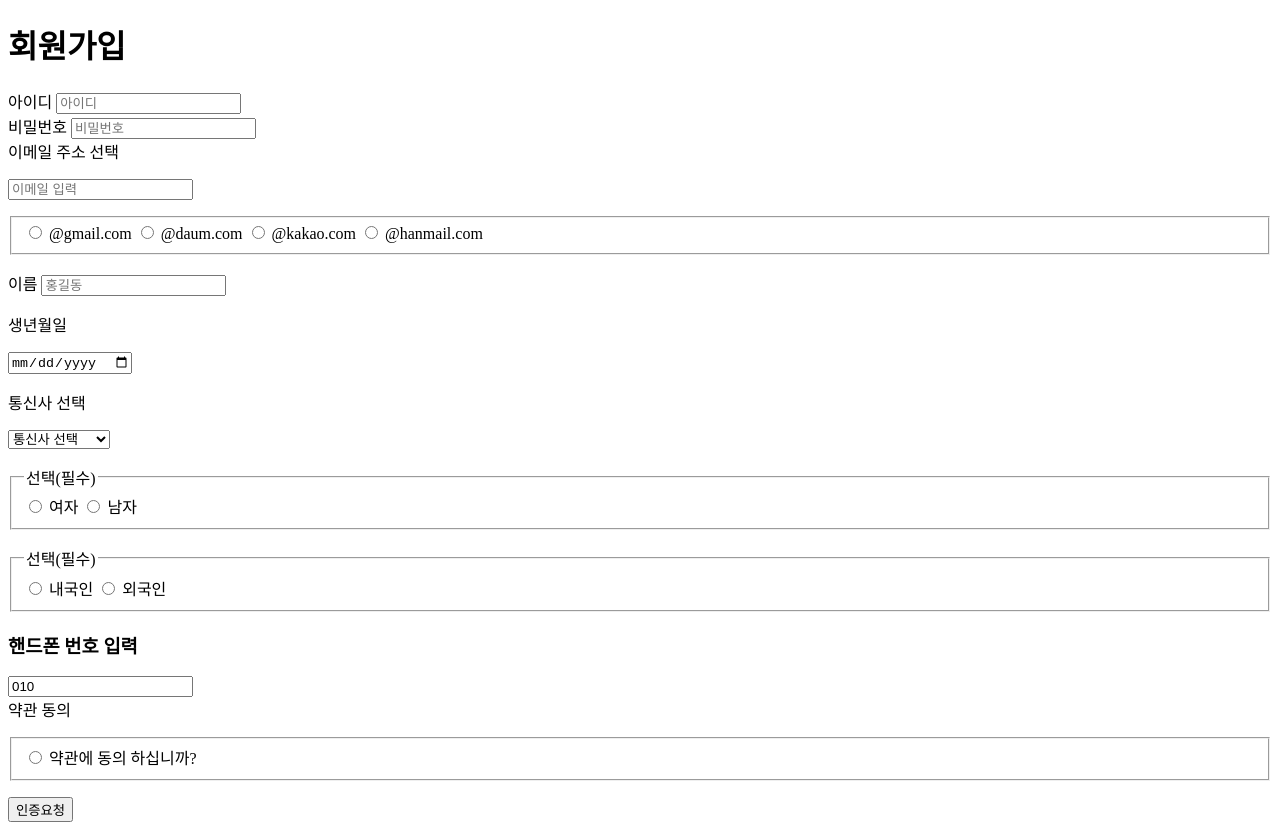
Repository: guswnsdldl/gb
Page: html workspace/h_form/src/main/webapp/join.html
The author's editor kept a copy of each file at every save. The page is drawn from the files as they stood at one save, then again after the next save.
The browser window is 1280 px wide. The pictures show the whole page.

Above is the page before, as saved 2024-08-06 08:15:09.

After the next save:
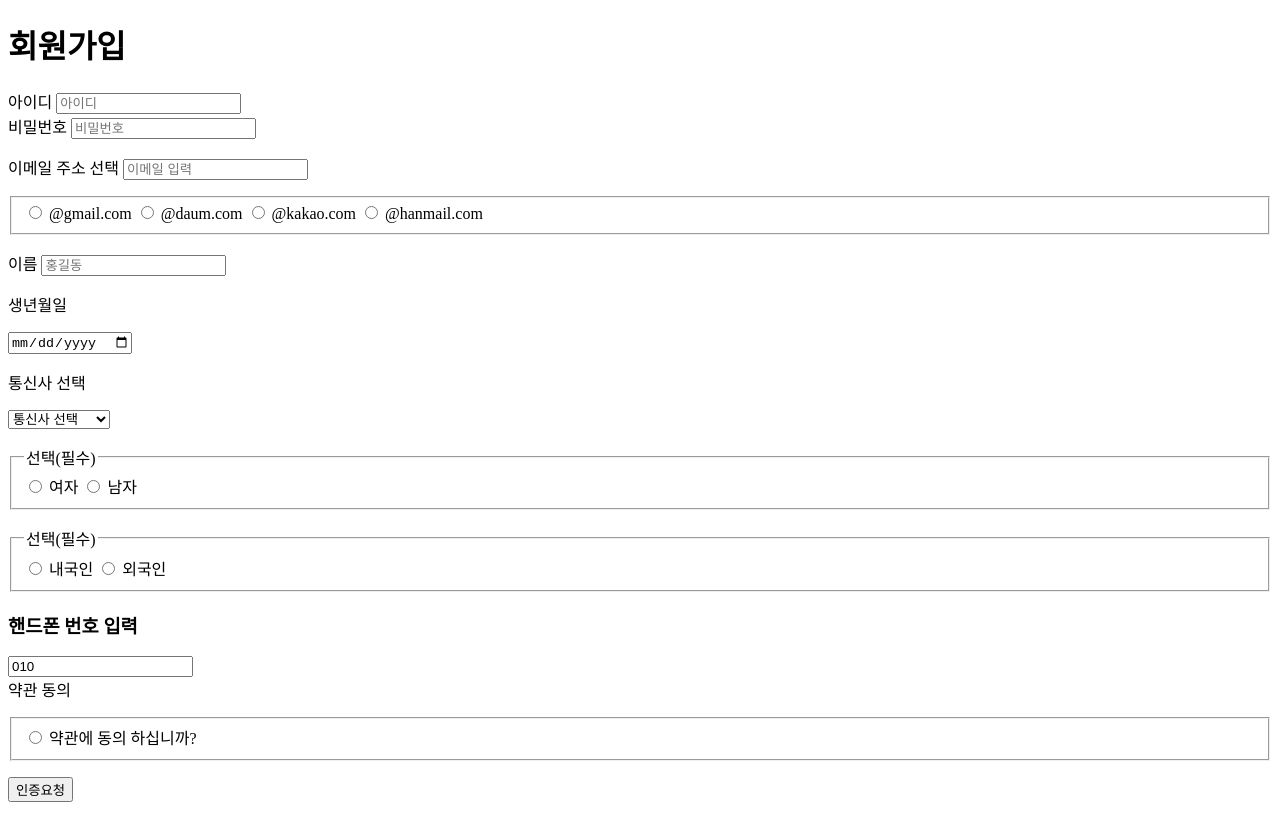
Saved 20 s later.
--- a/html workspace/h_form/src/main/webapp/join.html
+++ b/html workspace/h_form/src/main/webapp/join.html
@@ -12,8 +12,8 @@
 비밀번호
 <input type="password" name="user-password" placeholder="비밀번호">
 </div>
-<div> 이메일 주소 선택
-<p><input type="text" name="user-email" placeholder="이메일 입력"><fieldset>
+<div> <p>이메일 주소 선택
+<input type="text" name="user-email" placeholder="이메일 입력"><fieldset>
  <label><input type="radio" name="email" value="@gmail.com">
             @gmail.com</label>
   <label><input type="radio" name="email" value="@daum.com">
